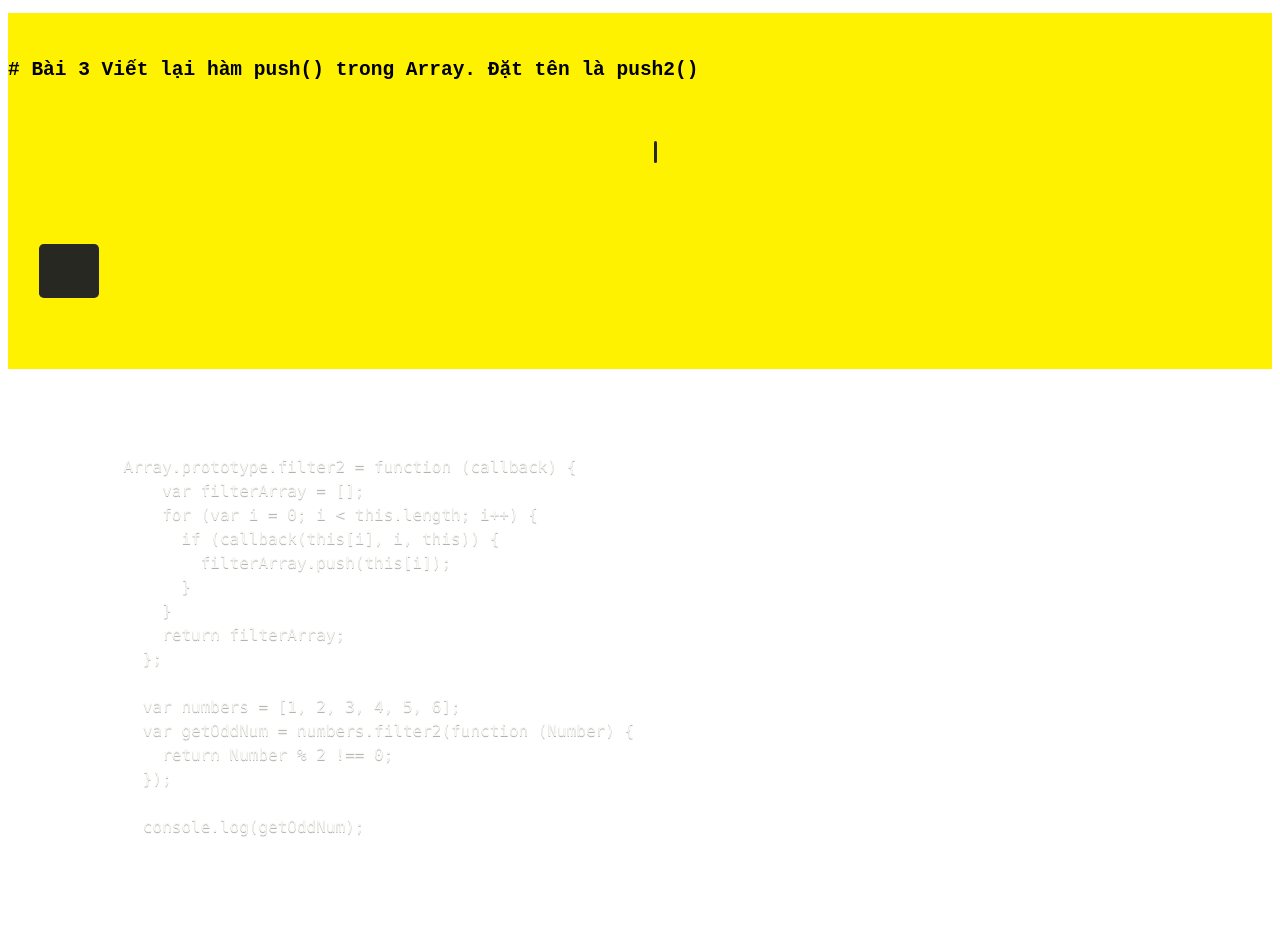
Repository: Dongnguyen318/Quydong
Page: Day 22.1/ex04.html
An editor plug-in stored every save of this project. The page is shown before and after the next save, followed by the edit.
The browser window is 1280 px wide. The pictures show the whole page.

Above is the page before, as saved 2023-09-05 23:33:01.

### Day 22.1/ex04.html
<!DOCTYPE html>
<html lang="en">
  <head>
    <meta charset="UTF-8" />
    <meta name="viewport" content="width=device-width, initial-scale=1.0" />
    <title>Document</title>
    <link
      rel="stylesheet"
      href="https://cdn.jsdelivr.net/npm/prismjs@1.29.0/themes/prism-okaidia.min.css"
    />
    <script src="./js/4.js"></script>
  </head>
  <body>
    <pre style="background-color: rgb(255, 242, 0)">
        <code >
            <h2># Bài 3 Viết lại hàm push() trong Array. Đặt tên là push2()</h2>
<p style="text-align: center;">
    <code class="language-js">
    </code>
    <h2 style="padding: 15px;" ></h2>
    <code class="language-js" style="padding: 15px 30px 20px;">
    </code>


</p>
        </code>
    </pre>
    <br />
    <br />
    <pre>
        <code class="language-js">
            Array.prototype.filter2 = function (callback) {
                var filterArray = [];
                for (var i = 0; i < this.length; i++) {
                  if (callback(this[i], i, this)) {
                    filterArray.push(this[i]);
                  }
                }
                return filterArray;
              };

              var numbers = [1, 2, 3, 4, 5, 6];
              var getOddNum = numbers.filter2(function (Number) {
                return Number % 2 !== 0;
              });

              console.log(getOddNum);


        </code>
    </pre>
    <script src="https://cdn.jsdelivr.net/npm/prismjs@1.29.0/components/prism-core.min.js"></script>
    <script src="https://cdn.jsdelivr.net/npm/prismjs@1.29.0/plugins/autoloader/prism-autoloader.min.js"></script>
  </body>
</html>

### Day 22.1/js/4.js
Array.prototype.filter2 = function (callback) {
  var filterArray = [];
  for (var i = 0; i < this.length; i++) {
    if (callback(this[i], i, this)) {
      filterArray.push(this[i]);
    }
  }
  return filterArray;
};

var numbers = [1, 2, 3, 4, 5, 6];
var getOddNum = numbers.filter2(function (Number) {
  return Number % 2 !== 0;
});

console.log(getOddNum);

After the next save:
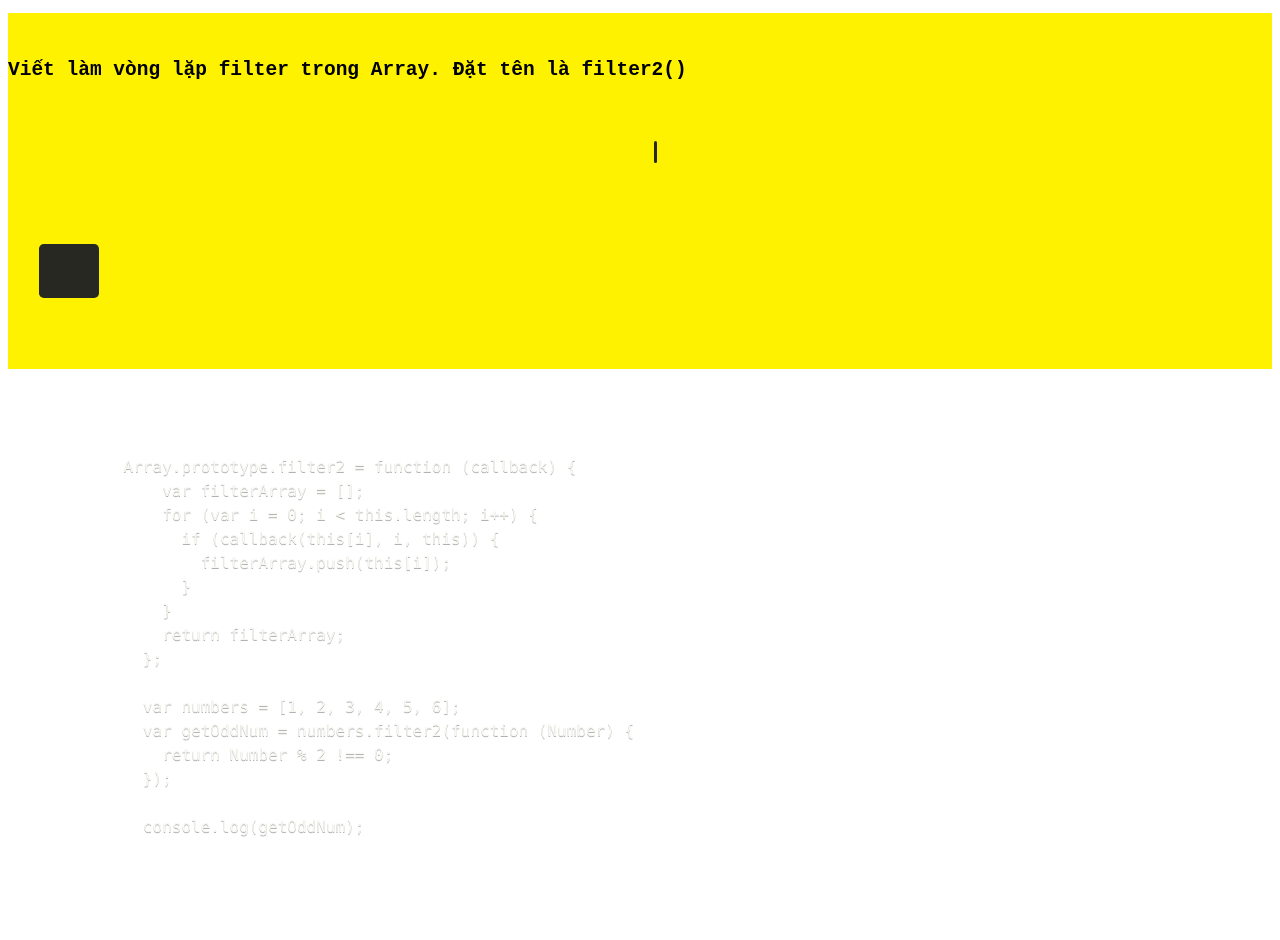
Saved 34 s later.
--- a/Day 22.1/ex04.html
+++ b/Day 22.1/ex04.html
@@ -13,7 +13,7 @@
   <body>
     <pre style="background-color: rgb(255, 242, 0)">
         <code >
-            <h2># Bài 3 Viết lại hàm push() trong Array. Đặt tên là push2()</h2>
+            <h2>Viết làm vòng lặp filter trong Array. Đặt tên là filter2()</h2>
 <p style="text-align: center;">
     <code class="language-js">
     </code>
